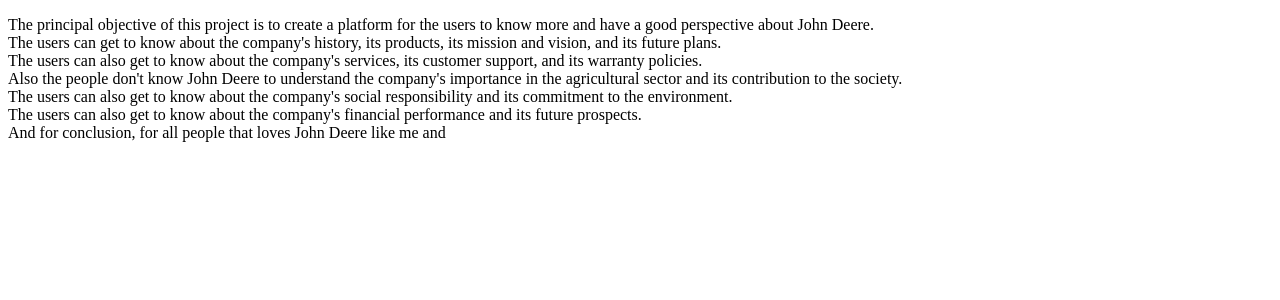
Repository: EduardoJunqueira2004/WEBJohnDeere
Page: aboutus.html
An editor plug-in stored every save of this project. The page is shown before and after a run of saves, followed by the edit.
The browser window is 1280 px wide. The pictures show the whole page.

Above is the page before, as saved 2024-12-05 11:31:47.

After the next 9 saves:
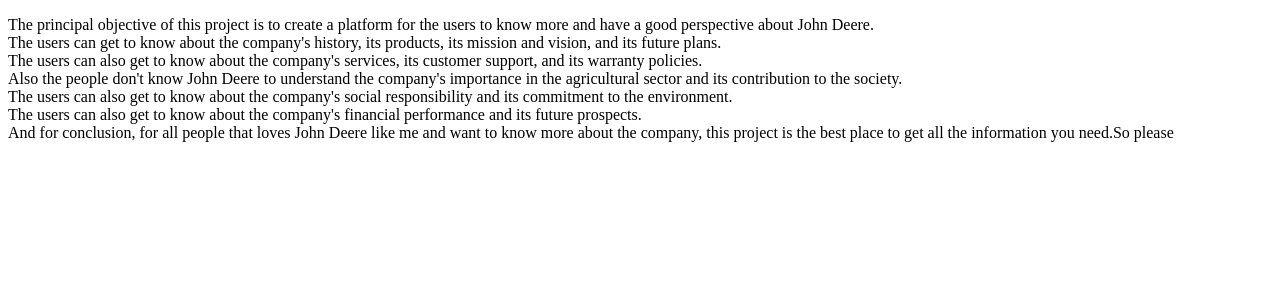
The 9 saves are shown as one change because they came seconds apart.
The last was saved 19 s later.
--- a/aboutus.html
+++ b/aboutus.html
@@ -13,7 +13,7 @@
         Also the people don't know John Deere to understand the company's importance in the agricultural sector and its contribution to the society.<br>
         The users can also get to know about the company's social responsibility and its commitment to the environment.<br>
         The users can also get to know about the company's financial performance and its future prospects.<br>
-        And for conclusion, for all people that loves John Deere like me and
+        And for conclusion, for all people that loves John Deere like me and want to know more about the company, this project is the best place to get all the information you need.So please
     </p>
 </body>
 </html>
